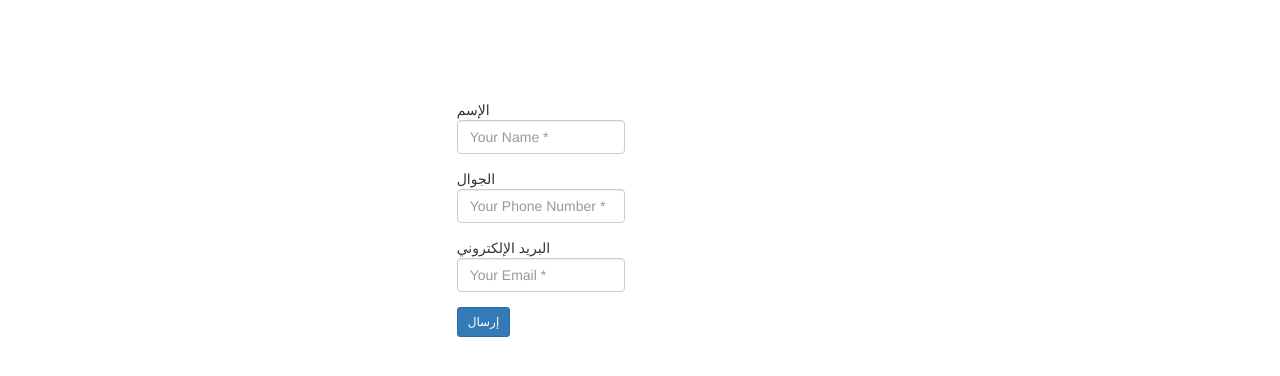
Repository: Abdaljawad-Aya/Itbeep-task
Page: http://localhost/form-user
An editor plug-in stored every save of this project. The page is shown before and after the next save, followed by the edit.
The browser window is 1280 px wide. The pictures show the whole page.
The page is served by the project's Laravel application, run on PHP 8.4 with Laravel 8.

Above is the page before, as saved 2021-03-07 17:18:33.

After the next save:
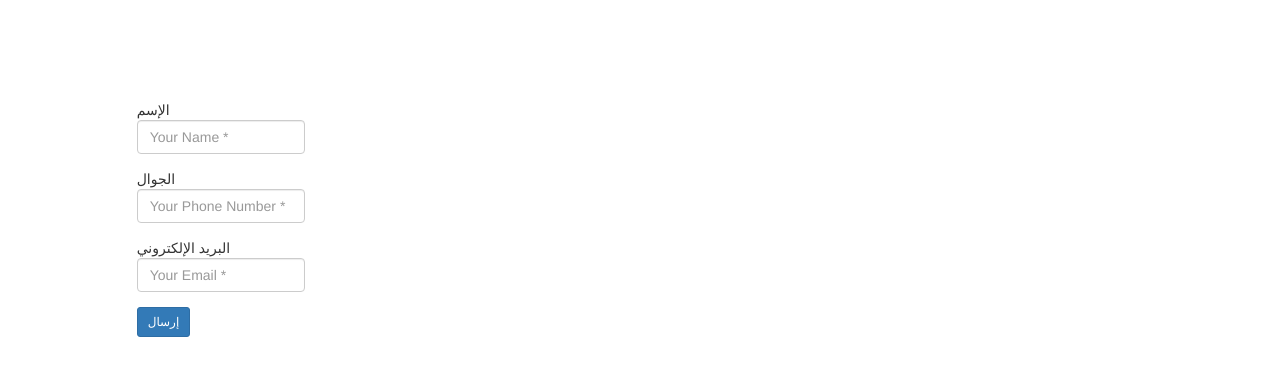
Saved 12 s later.
--- a/singlePageApp/resources/views/form-user.blade.php
+++ b/singlePageApp/resources/views/form-user.blade.php
@@ -13,7 +13,7 @@
     <title>Form</title>
 </head>
 <body>
-   <div class="container contact-form col-md-4 col-md-offset-4" style="margin-top:100px;">
+   <div class="container contact-form col-md-4 col-md-offset-1" style="margin-top:100px;">
      @if (session('status'))
        <div class="alert alert-success">
            {{ session('status')}}

After the save that followed:
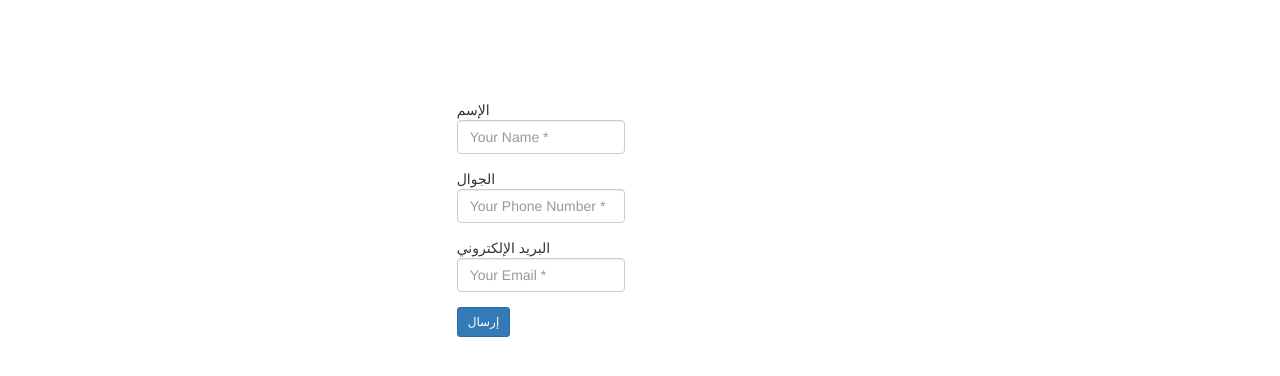
Saved 4 s later.
--- a/singlePageApp/resources/views/form-user.blade.php
+++ b/singlePageApp/resources/views/form-user.blade.php
@@ -13,7 +13,7 @@
     <title>Form</title>
 </head>
 <body>
-   <div class="container contact-form col-md-4 col-md-offset-1" style="margin-top:100px;">
+   <div class="container contact-form col-md-4 col-md-offset-4" style="margin-top:100px;">
      @if (session('status'))
        <div class="alert alert-success">
            {{ session('status')}}
